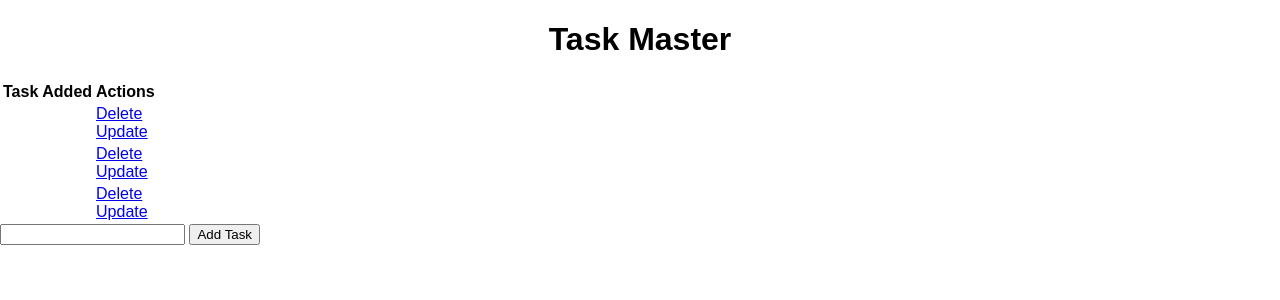
Repository: shaysnutss/FirstFlaskApp
Page: http://localhost/
An editor plug-in stored every save of this project. The page is shown before and after a run of saves, followed by the edit.
The browser window is 1280 px wide. The pictures show the whole page.
The page is served by the project's application, run on Flask 3 (app.py). The page reads the database file committed with the project.

Above is the page before, as saved 2022-08-25 01:53:02.

After the next 4 saves:
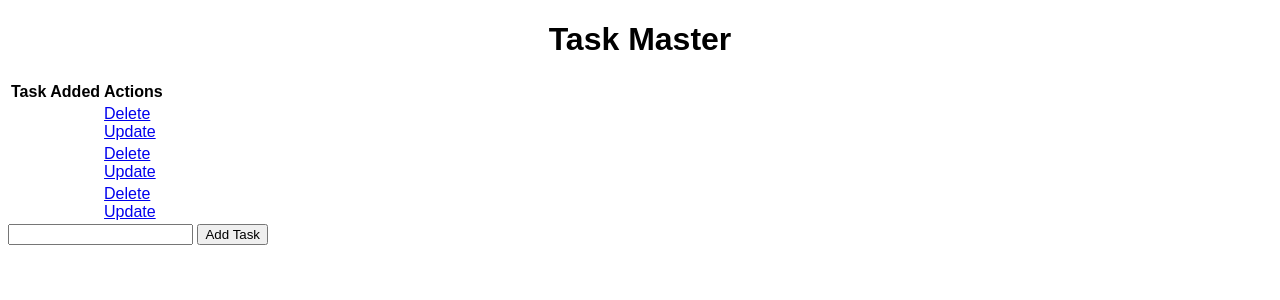
The 4 saves are shown as one change because they came seconds apart.
The last was saved 2 min 44 s later.
--- a/static/css/main.css
+++ b/static/css/main.css
@@ -1,4 +1,4 @@
 body {
-    margin: auto;
+    position: relative;
     font-family: sans-serif;
 }
